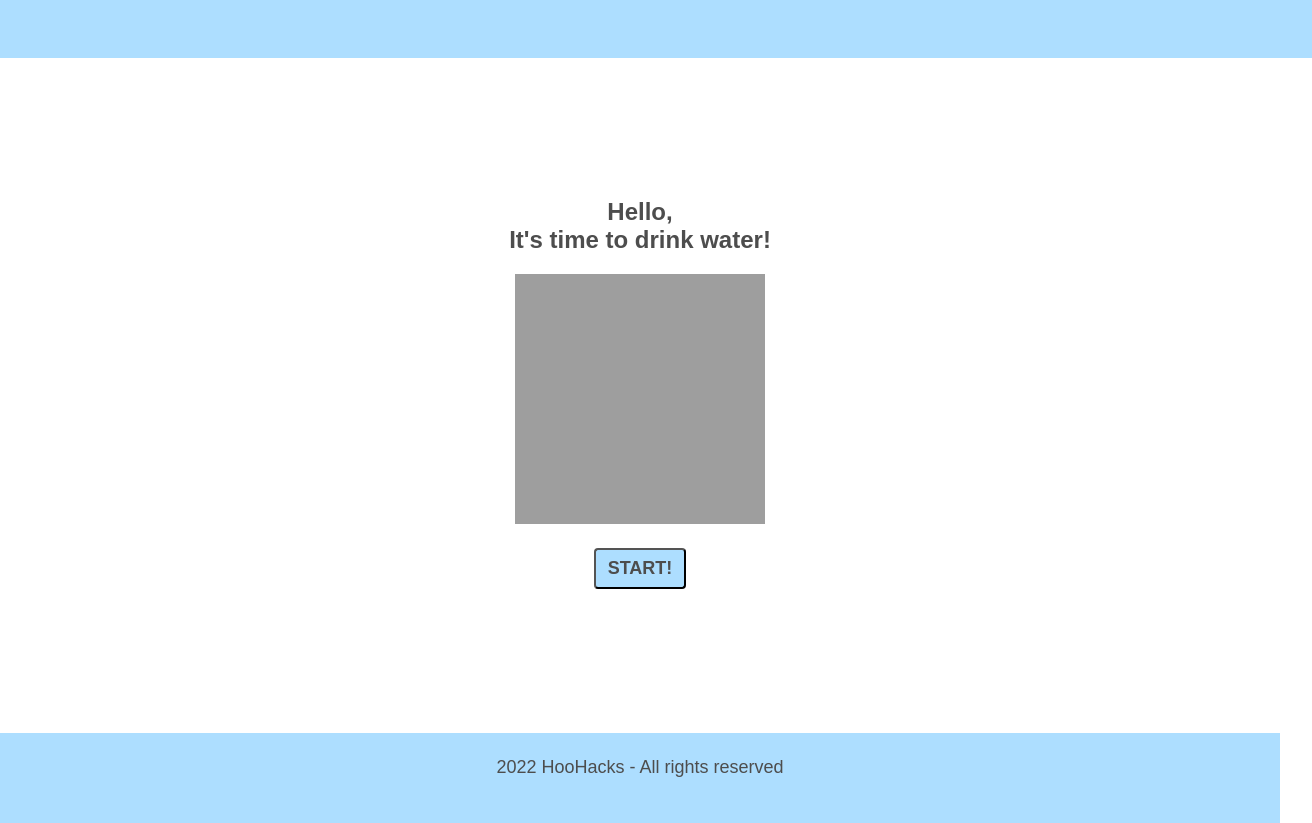
Repository: jennyjjung/H2ODaily
Page: index.html
The author's editor kept a copy of each file at every save. The page is drawn from the files as they stood at one save, then again after the next save.
The browser window is 1280 px wide. The page is 1312 px wide, so the pictures cover 1312 px, including what lies to the right of the window. The pictures show the whole page.
Pictures or frames that could not be fetched are drawn as grey boxes.

Above is the page before, as saved 2022-03-26 16:19:59.

After the next save:
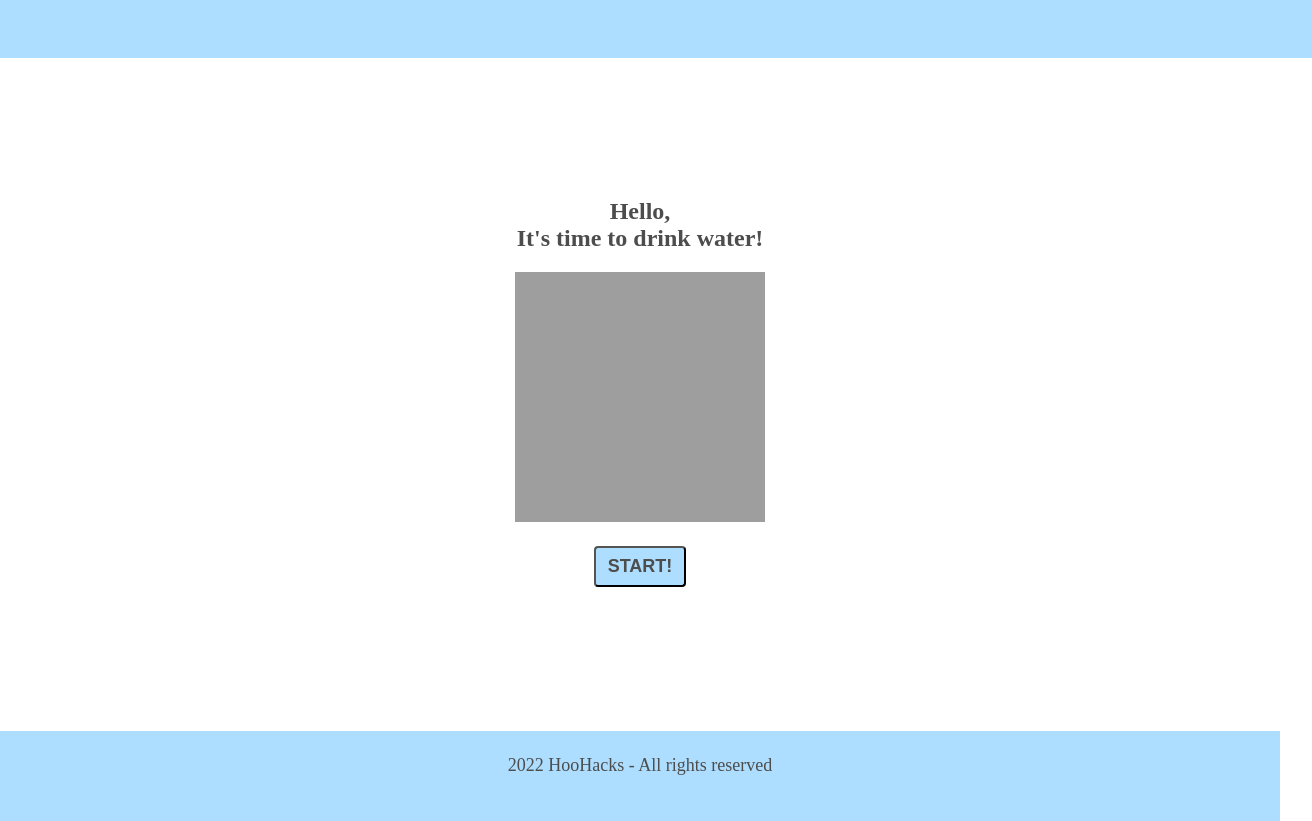
Saved 36 s later.
--- a/style.css
+++ b/style.css
@@ -24,7 +24,7 @@
 
 body {
   margin: 0;
-  font-family: "Unica One", sans-serif;
+  font-family: "Unica One";
   cursor: default;
 }
 
